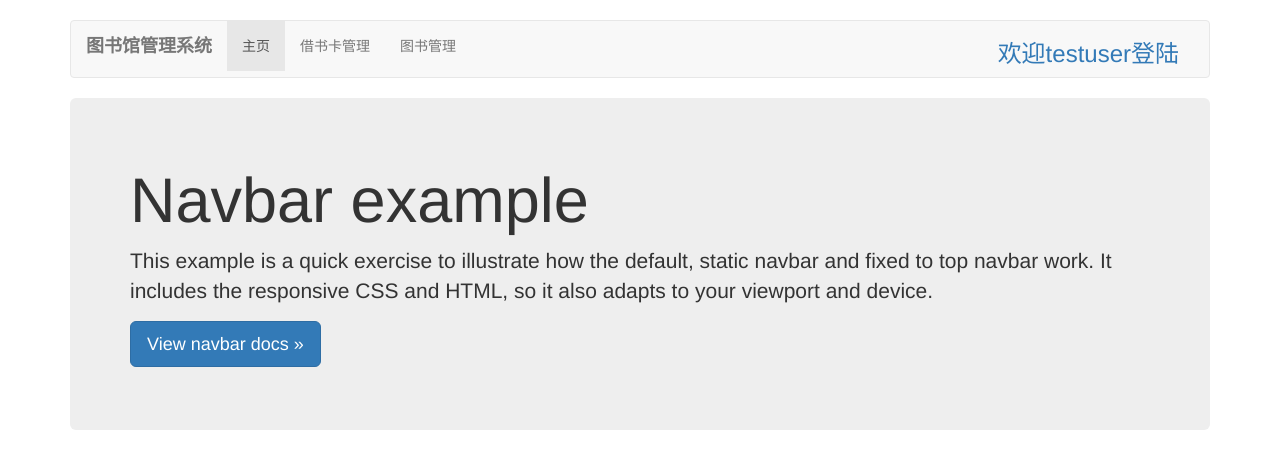
Repository: chaice/code
Page: http://localhost/web5/home
An editor plug-in stored every save of this project. The page is shown before and after the next save, followed by the edit.
The browser window is 1280 px wide. The pictures show the whole page.
Some web libraries are served in a nearby version. The page is served by Tomcat 9. The session is filled in as if someone had signed in: {"username": "testuser"}.

Above is the page before, as saved 2016-06-01 08:22:49.

After the next save:
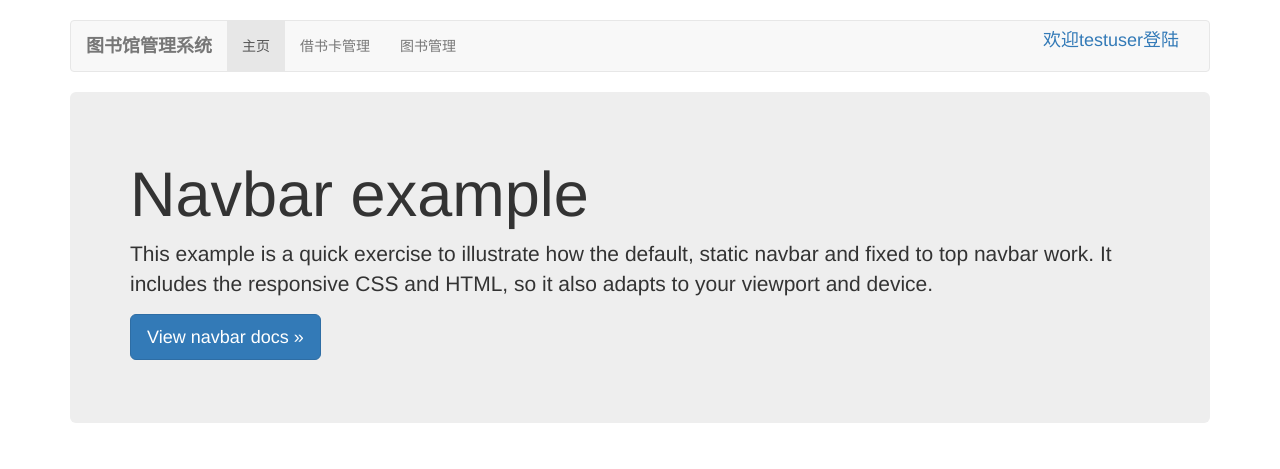
Saved 24 s later.
--- a/web5/WebContent/WEB-INF/views/head.jsp
+++ b/web5/WebContent/WEB-INF/views/head.jsp
@@ -33,7 +33,7 @@ body {
 						<li><a href="/card">借书卡管理</a></li>
 						<li><a href="/book">图书管理</a></li>
 					</ul>
-					<ol style="float:right" class="nav navbar-nav"><li><h3><a>欢迎<%=name%>登陆</a></h3></li></ol>
+					<ol style="float:right" class="nav navbar-nav"><li><h4><a>欢迎<%=name%>登陆</a></h4></li></ol>
 				</div>
 				<div id="navbar" class="navbar-collapse collapse" ></div>
 			</div>
